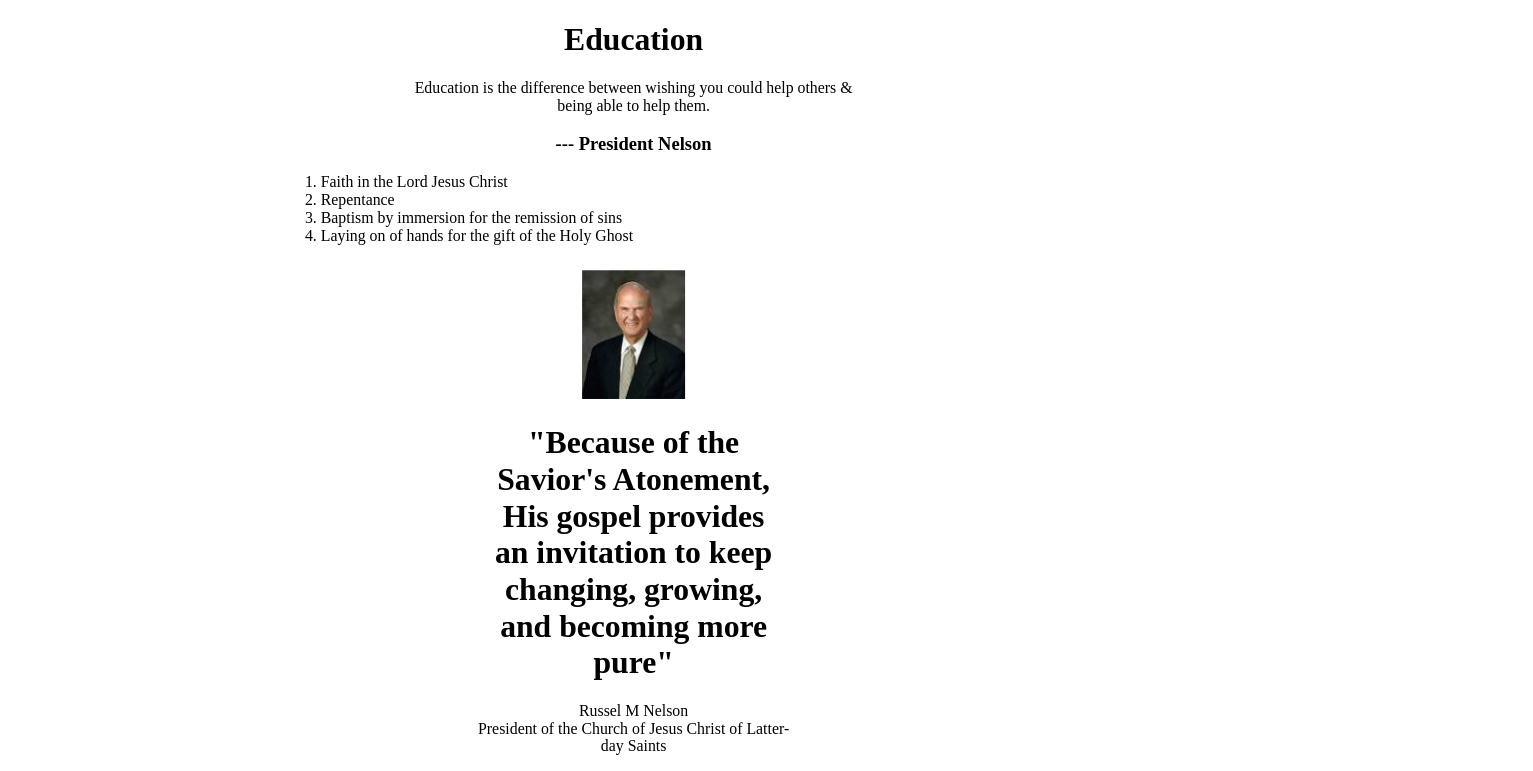
Repository: nak97/WDD-130
Page: ice challenge/index.html
The author's editor kept a copy of each file at every save. The page is drawn from the files as they stood at one save, then again after the next save.
The browser window is 1280 px wide. The page is 1548 px wide, so the pictures cover 1548 px, including what lies to the right of the window. The pictures show the whole page, at 99% of full size.

Above is the page before, as saved 2023-01-24 21:20:34.

### ice challenge/index.html
<!DOCTYPE html>

<html>
  <head>
    <meta charset="utf-8">
    <meta http-equiv="X-UA-Compatible" content="IE=edge">
    <title></title>
    <meta name="description" content="">
    <meta name="viewport" content="width=device-width, initial-scale=1">
    <link rel="stylesheet" href="styles.css">
  </head>
  <body>
    <div class="container">
    <div class="background">
      <div class="top-info">
   <h1>Education  </h1>
   <p>Education is the difference between wishing you could help others & <br> being able to help them.</p>
   <h3>--- President Nelson</h3>
    </div>
   <ol type="1">
    <li>Faith in the Lord Jesus Christ</li>
    <li>Repentance</li>
    <li>Baptism by immersion for the remission of sins</li>
    <li>Laying on of hands for the gift of the Holy Ghost</li>
  </ol>
  <div class="bot-info">
  <img src="data:[embedded picture, 3119 characters]" alt="Pres Nelly">
<h1>"Because of the <br> Savior's Atonement,<br> His gospel provides <br> an invitation to keep <br> changing, growing, <br> and becoming more <br> pure"</h1>
<footer><p>Russel M Nelson <br>President of the Church of Jesus Christ of Latter- <br> day Saints</p>
</footer>
</div>
  </body>

</div>
</div>
</html>

### ice challenge/styles.css
.top-info {
  text-align: center;
}

ol{
  position: relative;
  left: 17.25em;
  padding-bottom: 10px;
}
.bot-info {
text-align: center;
}

After the next save:
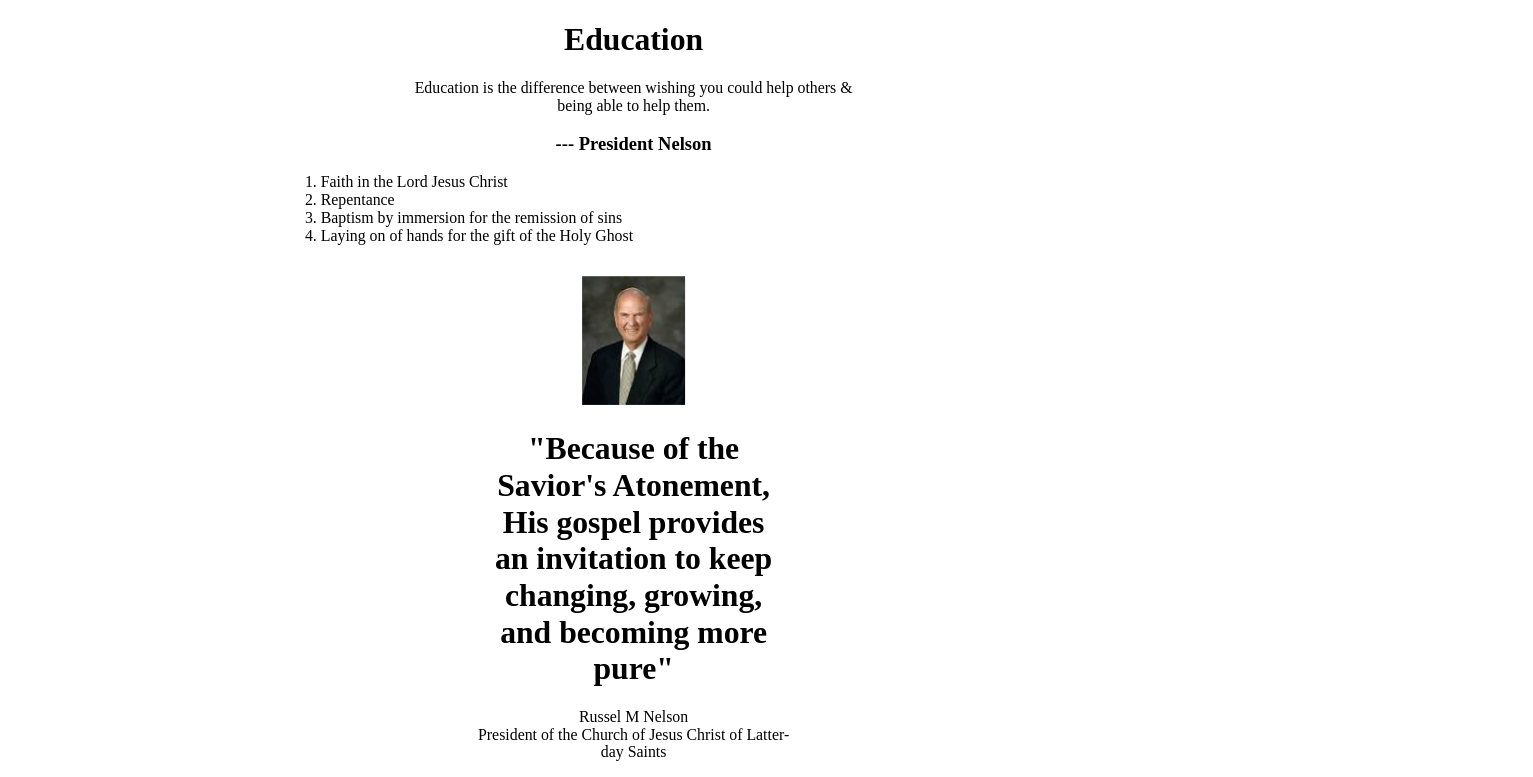
Saved 23 s later.
--- a/ice challenge/styles.css
+++ b/ice challenge/styles.css
@@ -5,7 +5,7 @@
 ol{
   position: relative;
   left: 17.25em;
-  padding-bottom: 10px;
+  padding-bottom: 16px;
 }
 .bot-info {
 text-align: center;
